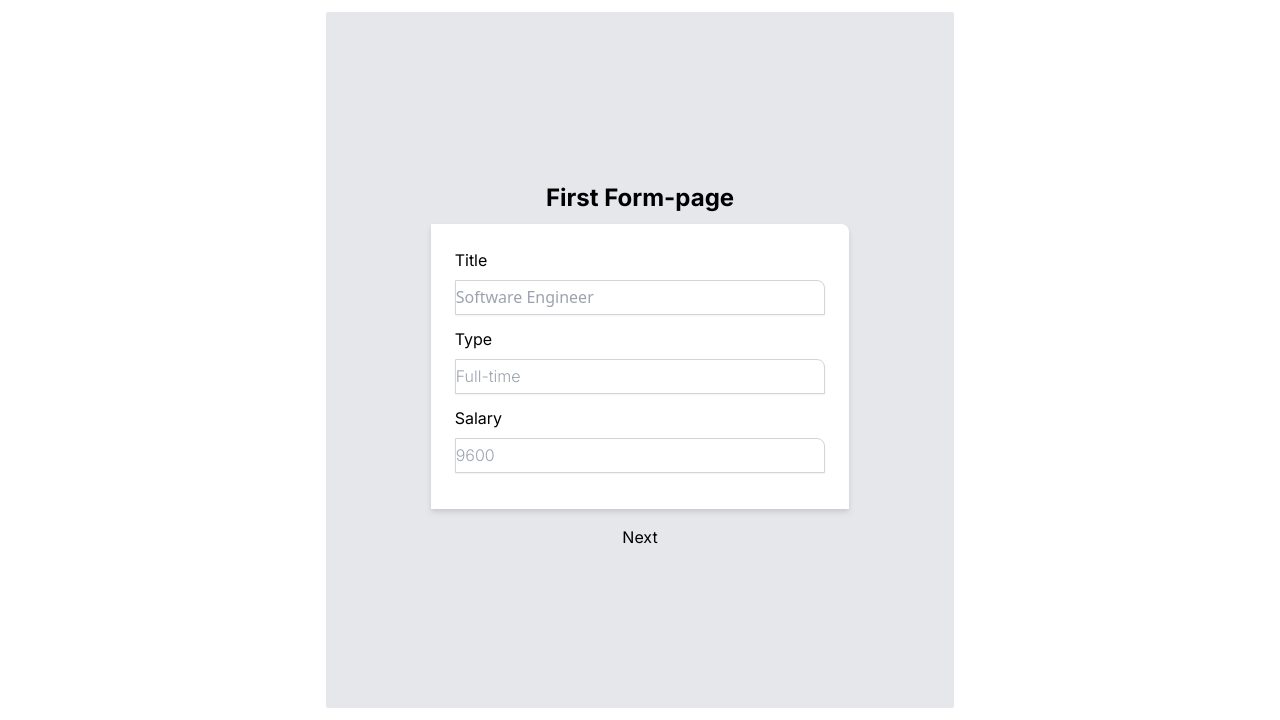
Repository: Abdibaye/Job-Sphere
Page: /form
These files come from the project's save history. The page is drawn as it stood at one moment and after the next save; the edit follows.
The browser window is 1280 px wide. The pictures show the whole page.
The project was rebuilt for these pictures with package versions that can differ from the ones it lists, and the page was loaded fresh each time. Also part of the build but not shown: vite.config.js, src/components/search.jsx, src/components/navbar.jsx, src/pages/descriptionpage.jsx, src/components/job.jsx, src/components/feed.jsx, src/components/saved.jsx, src/components/filter.jsx and 4 more.

Above is the page before, as saved 2025-02-23 00:14:15.

### index.html
<!doctype html>
<html lang="en">
  <head>
    <meta charset="UTF-8" />
    <link rel="icon" type="image/svg+xml" href="/vite.svg" />

    <link rel="preconnect" href="https://fonts.googleapis.com">
    <link rel="preconnect" href="https://fonts.gstatic.com" crossorigin>
    <link href="https://fonts.googleapis.com/css2?family=Inter:ital,opsz,wght@0,14..32,100..900;1,14..32,100..900&family=Open+Sans:ital,wght@0,300..800;1,300..800&family=Poppins:wght@100;200;300;400;600;700&display=swap" rel="stylesheet">

    <meta name="viewport" content="width=device-width, initial-scale=1.0" />
    <title>Vite + React</title>
  </head>
  <body>
    <div id="root"></div>
    <script type="module" src="/src/main.jsx"></script>
  </body>
</html>

### src/main.jsx
import { StrictMode } from 'react'
import { createRoot } from 'react-dom/client'
import './index.css'
import App from './App.jsx'
import Description from './pages/descriptionpage.jsx'
import HomePage from './pages/homepage.jsx'

createRoot(document.getElementById('root')).render(
  <StrictMode>
    <App />
  </StrictMode>,
)

### src/App.jsx
import Navbar from "./components/navbar";
import Description from "./pages/descriptionpage";
import HomePage from "./pages/homepage";
import LoginPage from "./pages/loginpage";
import SignUp from "./pages/Signup";
import { BrowserRouter, Routes, Route, Outlet } from "react-router-dom";
import Feed from "./components/feed";
import Forms from "./pages/formpage";

function App() {
  return (
    <BrowserRouter>
      <Routes>
        {/* Default route for login */}
        <Route path="/" element={<LoginPage />} />

        {/* Nested routes under Navbar */}
        <Route path="/navbar" element={<Navbar />}>
          <Route index element={<HomePage    />} /> {/* Default child route */}
          <Route path="description" element={<Description />} /> {/* Relative path */}
        </Route>

        {/* Signup route */}
        <Route path="/signup" element={<SignUp />} />


        <Route path='/form' element = {<Forms />} />
      </Routes>
    </BrowserRouter>
  );
}

export default App;

### src/pages/formpage.jsx
import { BrowserRouter, Routes, Route, Link, Outlet } from "react-router-dom";
import Form from "../components/form";



function Forms(){
    return(
        <>
        <div>
        <Form />
        <Outlet />
        </div>
        </>
    )


}



export default Forms;

### src/components/form.jsx
import { BrowserRouter, Routes, Route, Outlet } from "react-router-dom";


function Form(){
    return(
        <div className=" h-screen font-inter   flex justify-center p-3 ">
            <div className="bg-gray-200 w-1/2 rounded-sm flex flex-col justify-center items-center">
            <h1 className="m-2 font-bold text-[24px]">First Form-page</h1>
              <div className="bg-[#fff] w-2/3 h-fit flex flex-col justify-center p-6 rounded-tr-lg drop-shadow-md">
                <p className="mb-2">Title</p>
                <input className="mb-3 h-[35px] border border-gray-300 rounded-tr-lg shadow-sm focus:outline-none font-sans font-light" type="text" placeholder="Software Engineer" />
                <p className="mb-2">Type</p>
                <input className="mb-3 mb-3 h-[35px] border border-gray-300 rounded-tr-lg shadow-sm focus:outline-none font-light" type="text" placeholder="Full-time" />
                <p className="mb-2 ">Salary</p>
                <input className="mb-3 mb-3 h-[35px] border border-gray-300 rounded-tr-lg shadow-sm focus:outline-none font-light" type="text" placeholder="9600" />
              </div>
                <button className="mt-4">Next</button>
            </div>
        </div>
    );
}


export default Form

### tailwind.config.js
/** @type {import('tailwindcss').Config} */
export default {
  content: [
    "./index.html",
    "./src/**/*.{js,ts,jsx,tsx}",
  ],
  theme: {
    extend: {
      fontFamily: {
        'inter': ['Inter', 'sans-serif'],
      },
    },
  },
  plugins: [],
}

Loaded but not shown: src/index.css (common file)

After the next save:
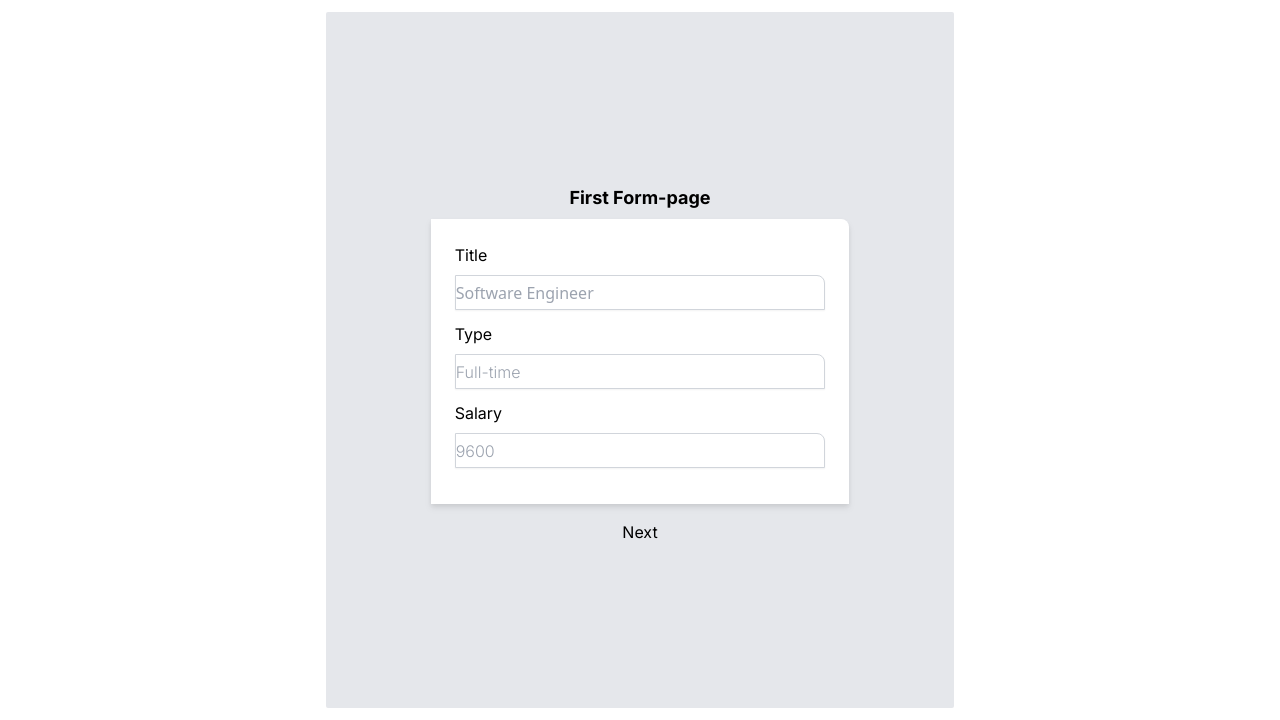
Saved 6 s later.
--- a/src/components/form.jsx
+++ b/src/components/form.jsx
@@ -5,7 +5,7 @@ function Form(){
     return(
         <div className=" h-screen font-inter   flex justify-center p-3 ">
             <div className="bg-gray-200 w-1/2 rounded-sm flex flex-col justify-center items-center">
-            <h1 className="m-2 font-bold text-[24px]">First Form-page</h1>
+            <h1 className="m-2 font-bold text-[18px]">First Form-page</h1>
               <div className="bg-[#fff] w-2/3 h-fit flex flex-col justify-center p-6 rounded-tr-lg drop-shadow-md">
                 <p className="mb-2">Title</p>
                 <input className="mb-3 h-[35px] border border-gray-300 rounded-tr-lg shadow-sm focus:outline-none font-sans font-light" type="text" placeholder="Software Engineer" />
